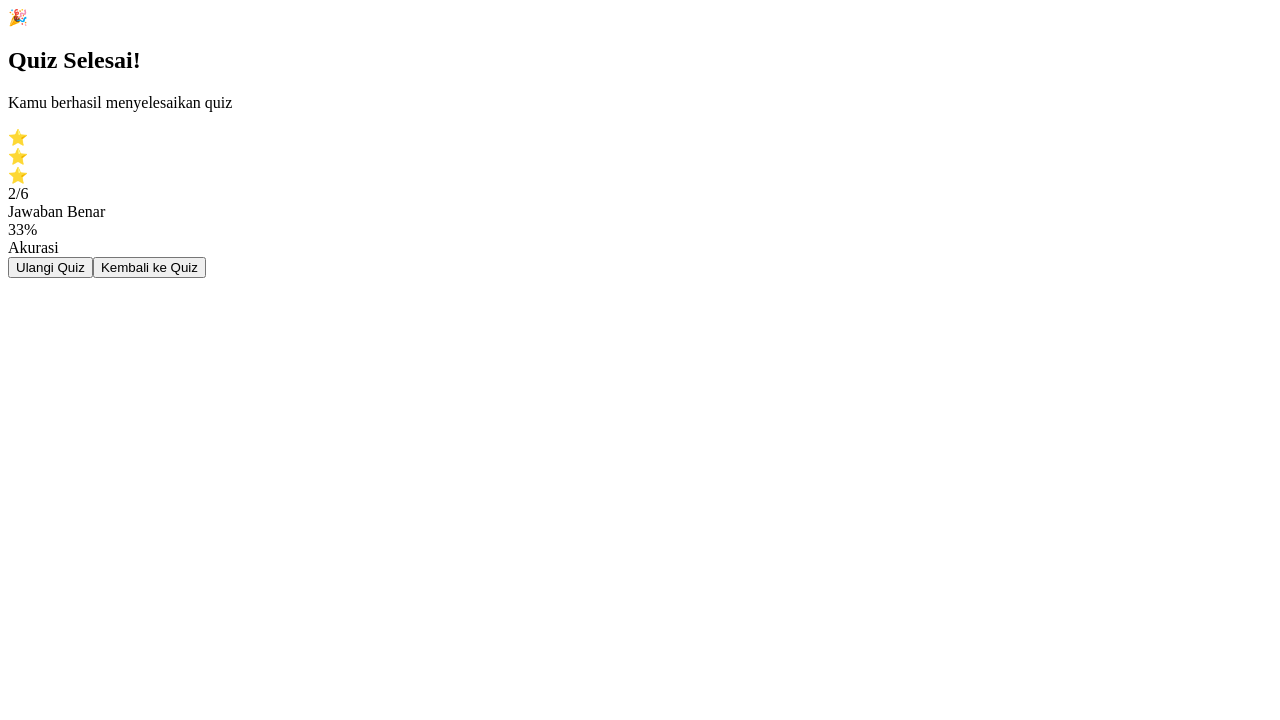
Repository: Tisna7/GESTURA
Page: http://localhost/latihan-isi-4
These files come from the project's save history. The page is drawn as it stood at one moment and after the next save; the edit follows.
The browser window is 1280 px wide. The pictures show the whole page.
Pictures or frames that could not be fetched are drawn as grey boxes. The page is served by the project's Laravel application, run on PHP 8.4 with Laravel 12. A made-up administrator, Test User (test@example.com), is signed in. Other server files are loaded and not shown. Style sheets and scripts are compiled from the project's sources, by tool versions that may differ from the author's.

Above is the page before, as saved 2025-11-23 21:50:52.

### app/Providers/AppServiceProvider.php
<?php

namespace App\Providers;

use Illuminate\Support\ServiceProvider;

class AppServiceProvider extends ServiceProvider
{
    /**
     * Register any application services.
     */
    public function register(): void
    {

    }

    /**
     * Bootstrap any application services.
     */
    public function boot(): void
    {

    }
}

### routes/web.php
<?php

use Illuminate\Support\Facades\Route;
use App\Http\Controllers\AuthController;
use App\Http\Controllers\ProfileController;

Route::get('/', function () {
    return view('landingpage');
});

Route::get('/auth', [AuthController::class, 'showPage'])->name('auth.page');

// Route::post('/register', [AuthController::class, 'register'])->name('register');

// Route::post('/login', [AuthController::class, 'login'])->name('login');
// Route::post('/logout', [AuthController::class, 'logout'])->name('logout');


// REGISTER
Route::post('/register', [AuthController::class, 'register'])->name('auth.register');

// LOGIN
Route::post('/login', [AuthController::class, 'login'])->name('auth.login');

// LOGIN GUEST
Route::get('/login/guest', [AuthController::class, 'loginGuest'])->name('auth.guest');

// LOGOUT
Route::get('/logout', [AuthController::class, 'logout'])->name('auth.logout');


Route::get('/profile/edit', [ProfileController::class, 'edit'])->name('profile.edit');
Route::put('/profile/update', [ProfileController::class, 'update'])->name('profile.update');


Route::get('/profile', function () {
    return view('user.profile');
});
Route::get('/materi', function () {
    return view('user.materi');
});
Route::get('/gesturelab', function () {
    return view('user.gesture-lab-practice');
});
Route::get('/gesture-lab-translate', function () {
    return view('user.gesture-lab-translate');
});
Route::get('/materi-isi', function () {
    return view('user.materi-isi');
});
Route::get('/latihan', function () {
    return view('user.quiz');
});
Route::get('/latihan-isi-1', function () {
    return view('user.quiz-isi-1');
});
Route::get('/latihan-isi-2', function () {
    return view('user.quiz-isi-2');
});
Route::get('/latihan-isi-3', function () {
    return view('user.quiz-isi-3');
});
Route::get('/latihan-isi-4', function () {
    return view('user.quiz-isi-4');
});
Route::get('/Challenge', function () {
    return view('user.challenge');
});
Route::get('/Challenge-isi', function () {
    return view('user.challenge-isi');
});

### resources/views/user/quiz-isi-4.blade.php




<main class="flex-1 p-6">
    <div
        class="rounded-lg border text-card-foreground shadow-sm p-12 bg-card border-border/50 text-center max-w-2xl mx-auto">
        <div class="space-y-6">
            <div class="inline-block p-6 rounded-full bg-primary/10">
                <div class="text-6xl">🎉</div>
            </div>
            <div>
                <h2 class="text-4xl font-bold mb-2">Quiz Selesai!</h2>
                <p class="text-muted-foreground text-lg">Kamu berhasil menyelesaikan quiz</p>
            </div>
            <div class="flex items-center justify-center gap-1">
                <div class="text-4xl opacity-100">⭐</div>
                <div class="text-4xl opacity-20">⭐</div>
                <div class="text-4xl opacity-20">⭐</div>
            </div>
            <div class="rounded-lg border text-card-foreground shadow-sm p-6 bg-muted/50 border-border/30">
                <div class="grid grid-cols-2 gap-6">
                    <div>
                        <div class="text-3xl font-bold text-primary">2/6</div>
                        <div class="text-sm text-muted-foreground">Jawaban Benar</div>
                    </div>
                    <div>
                        <div class="text-3xl font-bold">33%</div>
                        <div class="text-sm text-muted-foreground">Akurasi</div>
                    </div>
                </div>
            </div>
            <div class="flex gap-4"><button
                    class="inline-flex items-center justify-center gap-2 whitespace-nowrap text-sm font-medium ring-offset-background transition-colors focus-visible:outline-none focus-visible:ring-2 focus-visible:ring-ring focus-visible:ring-offset-2 disabled:pointer-events-none disabled:opacity-50 [&amp;_svg]:pointer-events-none [&amp;_svg]:size-4 [&amp;_svg]:shrink-0 border border-input bg-background hover:bg-accent hover:text-accent-foreground h-11 rounded-md px-8 flex-1">Ulangi
                    Quiz</button><button
                    class="inline-flex items-center justify-center gap-2 whitespace-nowrap text-sm font-medium ring-offset-background transition-colors focus-visible:outline-none focus-visible:ring-2 focus-visible:ring-ring focus-visible:ring-offset-2 disabled:pointer-events-none disabled:opacity-50 [&amp;_svg]:pointer-events-none [&amp;_svg]:size-4 [&amp;_svg]:shrink-0 bg-primary text-primary-foreground hover:bg-primary/90 h-11 rounded-md px-8 flex-1 hover-glow">Kembali
                    ke Quiz</button></div>
        </div>
    </div>
</main>

### resources/views/components/sidebar-user.blade.php
@php
    use Illuminate\Support\Facades\Auth;
@endphp



<aside
    class="fixed top-0 left-0 h-full bg-sidebar border-r border-sidebar-border shadow-medium z-40 transition-transform duration-300 -translate-x-full lg:translate-x-0 w-64">
    <div class="flex flex-col h-full">

        {{-- LOGO --}}
        <div class="lg:flex items-center gap-2 p-6 border-b border-sidebar-border">
            <div class="w-10 h-10 rounded-full bg-gradient-hero flex items-center justify-center shadow-soft">
                <img src="{{ asset('image/logo.png') }}" alt="MindCare Logo" class="w-8 h-8">
            </div>
            <div>
                <span class="text-xl font-bold bg-gradient-to-r from-primary to-accent bg-clip-text  block">
                    GESTURA
                </span>
            </div>
        </div>

        {{-- MENU --}}
        <nav class="flex-1 p-4 space-y-2 overflow-y-auto mt-10 lg:mt-0 ">

            {{-- Latihan --}}
            <a class="{{ request()->is('latihan') ? 'bg-sidebar-accent text-sidebar-accent-foreground font-medium shadow-soft'
                : 'text-sidebar-foreground hover:bg-sidebar-accent/50' }}
                flex items-center gap-3 px-4 py-3 rounded-xl transition-smooth"
                href="/latihan">

                <svg xmlns="http://www.w3.org/2000/svg" viewBox="0 0 24 24"
                    fill="none" stroke="currentColor" stroke-width="2"
                    stroke-linecap="round" stroke-linejoin="round"
                    class="lucide lucide-layout-dashboard w-4 h-4">
                    <rect width="7" height="9" x="3" y="3" rx="1"></rect>
                    <rect width="7" height="5" x="14" y="3" rx="1"></rect>
                    <rect width="7" height="9" x="14" y="12" rx="1"></rect>
                    <rect width="7" height="5" x="3" y="16" rx="1"></rect>
                </svg>

                <span>Latihan</span>
            </a>

            {{-- Materi --}}
            <a class="{{ request()->is('materi') ? 'bg-sidebar-accent text-sidebar-accent-foreground font-medium shadow-soft'
                : 'text-sidebar-foreground hover:bg-sidebar-accent/50' }}
                flex items-center gap-3 px-4 py-3 rounded-xl transition-smooth"
                href="/materi">

                <svg xmlns="http://www.w3.org/2000/svg" viewBox="0 0 24 24"
                    fill="none" stroke="currentColor" stroke-width="2"
                    stroke-linecap="round" stroke-linejoin="round"
                    class="lucide lucide-book-open w-4 h-4">
                    <path d="M12 7v14"></path>
                    <path
                        d="M3 18a1 1 0 0 1-1-1V4a1 1 0 0 1 1-1h5a4 4 0 0 1 4 4 4 4 0 0 1 4-4h5a1 1 0 0 1 1 1v13a1 1 0 0 1-1 1h-6a3 3 0 0 0-3 3 3 3 0 0 0-3-3z">
                    </path>
                </svg>

                <span>Materi</span>
            </a>

            {{-- Challenge --}}
            <a class="{{ request()->is('Challenge') ? 'bg-sidebar-accent text-sidebar-accent-foreground font-medium shadow-soft'
                : 'text-sidebar-foreground hover:bg-sidebar-accent/50' }}
                flex items-center gap-3 px-4 py-3 rounded-xl transition-smooth"
                href="/Challenge">

                <svg xmlns="http://www.w3.org/2000/svg" viewBox="0 0 24 24"
                    fill="none" stroke="currentColor" stroke-width="2"
                    stroke-linecap="round" stroke-linejoin="round"
                    class="lucide lucide-target w-4 h-4">
                    <circle cx="12" cy="12" r="10"></circle>
                    <circle cx="12" cy="12" r="6"></circle>
                    <circle cx="12" cy="12" r="2"></circle>
                </svg>

                <span>Challenge</span>
            </a>

            {{-- Gesture Lab --}}
            <a class="{{ request()->is('gesturelab') ? 'bg-sidebar-accent text-sidebar-accent-foreground font-medium shadow-soft'
                : 'text-sidebar-foreground hover:bg-sidebar-accent/50' }}
                flex items-center gap-3 px-4 py-3 rounded-xl transition-smooth"
                href="/gesturelab">

                <svg xmlns="http://www.w3.org/2000/svg" viewBox="0 0 24 24"
                    fill="none" stroke="currentColor" stroke-width="2"
                    stroke-linecap="round" stroke-linejoin="round"
                    class="lucide lucide-brain w-4 h-4">

                    <path d="M12 5a3 3 0 1 0-5.997.125 4 4 0 0 0-2.526 5.77 4 4 0 0 0 .556 6.588A4 4 0 1 0 12 18Z"></path>
                    <path d="M12 5a3 3 0 1 1 5.997.125 4 4 0 0 1 2.526 5.77 4 4 0 0 1-.556 6.588A4 4 0 1 1 12 18Z"></path>
                    <path d="M15 13a4.5 4.5 0 0 1-3-4 4.5 4.5 0 0 1-3 4"></path>

                </svg>

                <span>Gesture Lab</span>
            </a>
        </nav>

        {{-- BOTTOM SECTION --}}
        <div class="p-4 border-t border-sidebar-border space-y-3">

            {{-- User Button --}}
            <button
                class="w-full flex items-center gap-3 px-3 py-2 rounded-xl hover:bg-sidebar-accent transition-smooth"
                type="button">
                <span class="relative flex items-center justify-center shrink-0 overflow-hidden rounded-full w-10 h-10 bg-primary"><img class="h-full w-full object-cover"
        src="https://api.dicebear.com/7.x/avataaars/svg?seed={{ Auth::user()->profile_image }}"></span>
                <div class="flex-1 text-left">
                    <p class="text-sm font-medium text-sidebar-foreground">{{ Auth::user()->name }}</p>
                    <p class="text-xs text-muted-foreground">{{ Auth::user()->email }}</p>
                </div>
            </button>

            {{-- Mode Gelap --}}
            <button
                class="inline-flex items-center whitespace-nowrap rounded-md text-sm font-medium border border-input bg-background hover:bg-accent hover:text-accent-foreground h-10 px-4 py-2 w-full justify-start gap-3 hover:bg-accent transition-smooth">
                <svg xmlns="http://www.w3.org/2000/svg" viewBox="0 0 24 24"
                    fill="none" stroke="currentColor" stroke-width="2"
                    stroke-linecap="round" stroke-linejoin="round"
                    class="lucide lucide-moon w-4 h-4">
                    <path d="M12 3a6 6 0 0 0 9 9 9 9 0 1 1-9-9Z"></path>
                </svg>
                <span>Mode Gelap</span>
            </button>

            {{-- Logout --}}
            <form action="" method="POST">
                @csrf
                <button type="submit"
                    class="inline-flex items-center whitespace-nowrap rounded-md text-sm font-medium border border-input bg-background hover:bg-accent hover:text-accent-foreground h-10 px-4 py-2 w-full justify-start gap-3">

                    <svg xmlns="http://www.w3.org/2000/svg" viewBox="0 0 24 24"
                        fill="none" stroke="currentColor" stroke-width="2"
                        stroke-linecap="round" stroke-linejoin="round"
                        class="lucide lucide-log-out w-4 h-4">
                        <path d="M9 21H5a2 2 0 0 1-2-2V5a2 2 0 0 1 2-2h4"></path>
                        <polyline points="16 17 21 12 16 7"></polyline>
                        <line x1="21" x2="9" y1="12" y2="12"></line>
                    </svg>

                    <span>Logout</span>
                </button>
            </form>

        </div>
    </div>
</aside>




<script>
    const html = document.documentElement;
    const toggleDark = document.querySelector('.hover\\:bg-accent'); // tombol "Mode Gelap"
    const icon = toggleDark.querySelector('svg');
    const label = toggleDark.querySelector('span');

    // Cek tema yang tersimpan
    const storedTheme = localStorage.getItem("theme");
    const systemPrefersDark = window.matchMedia("(prefers-color-scheme: dark)").matches;

    // Fungsi ubah tema
    function setTheme(dark) {
        if (dark) {
            html.classList.add("dark");
            localStorage.setItem("theme", "dark");
            label.textContent = "Mode Terang";
            icon.outerHTML = `
        <svg xmlns="http://www.w3.org/2000/svg" width="24" height="24"
          viewBox="0 0 24 24" fill="none" stroke="currentColor"
          stroke-width="2" stroke-linecap="round" stroke-linejoin="round"
          class="lucide lucide-sun w-5 h-5">
          <circle cx="12" cy="12" r="4"></circle>
          <path d="M12 2v2"></path>
          <path d="M12 20v2"></path>
          <path d="m4.93 4.93 1.41 1.41"></path>
          <path d="m17.66 17.66 1.41 1.41"></path>
          <path d="M2 12h2"></path>
          <path d="M20 12h2"></path>
          <path d="m6.34 17.66-1.41 1.41"></path>
          <path d="m19.07 4.93-1.41 1.41"></path>
        </svg>`;
        } else {
            html.classList.remove("dark");
            localStorage.setItem("theme", "light");
            label.textContent = "Mode Gelap";
            icon.outerHTML = `
        <svg xmlns="http://www.w3.org/2000/svg" width="24" height="24"
          viewBox="0 0 24 24" fill="none" stroke="currentColor"
          stroke-width="2" stroke-linecap="round" stroke-linejoin="round"
          class="lucide lucide-moon w-5 h-5">
          <path d="M12 3a6 6 0 0 0 9 9 9 9 0 1 1-9-9Z"></path>
        </svg>`;
        }
    }

    // Terapkan tema saat load pertama
    setTheme(storedTheme === "dark" || (!storedTheme && systemPrefersDark));

    // Tambahkan event listener untuk toggle
    toggleDark.addEventListener("click", () => {
        setTheme(!html.classList.contains("dark"));
    });
</script>

### resources/views/app.blade.php
<!DOCTYPE html>
<html lang="id">
<head>
  <meta charset="UTF-8">
  <meta name="viewport" content="width=device-width, initial-scale=1.0">
  <meta name="csrf-token" content="{{ csrf_token() }}">
  <link rel="icon" type="image/png" href="{{ asset('images/logo.png') }}">
  <title>@yield('title', 'GESTURA')</title>

  <!-- Tailwind CSS -->
  {{-- @vite('public/build/app-Lz3KVd0D.css') --}}
  {{-- <!-- @vite('resources/css/app.css') --> --}}
   {{-- <!-- @vite('public/build/assets/app-TBPMHXQo.css') --> --}}

  @vite(['resources/css/app.css', 'resources/css/theme.css'])

  <script defer src="https://cdn.jsdelivr.net/npm/alpinejs@3.x.x/dist/cdn.min.js"></script>

</head>
<body>
  @yield('content')
</body>
</html>

### resources/css/app.css
@import 'tailwindcss';
@import "./theme.css";

@source '../../vendor/laravel/framework/src/Illuminate/Pagination/resources/views/*.blade.php';
@source '../../storage/framework/views/*.php';
@source '../**/*.blade.php';
@source '../**/*.js';

@theme {
    --font-sans: 'Instrument Sans', ui-sans-serif, system-ui, sans-serif, 'Apple Color Emoji', 'Segoe UI Emoji',
        'Segoe UI Symbol', 'Noto Color Emoji';

    --color-background: #ffabcc;
}

Loaded but not shown: app/Models/User.php (common file); resources/css/theme.css (library)

After the next save:
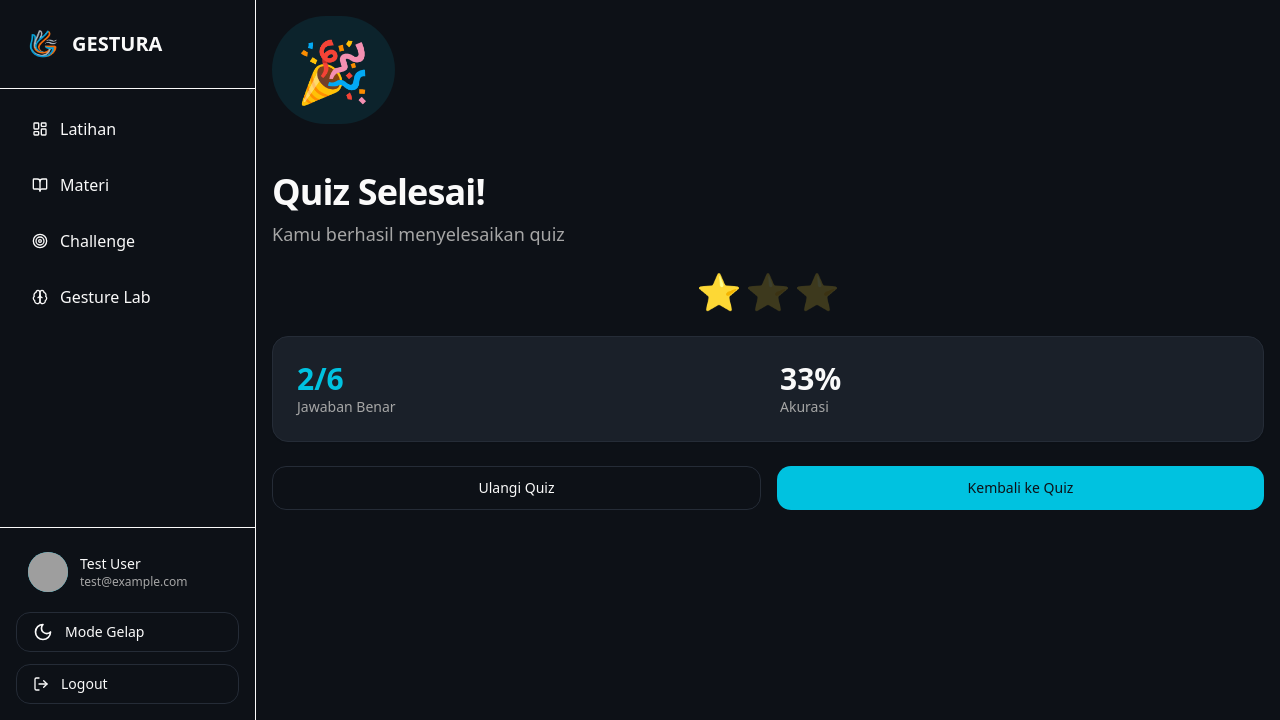
Saved 10 s later.
--- a/resources/views/user/quiz-isi-4.blade.php
+++ b/resources/views/user/quiz-isi-4.blade.php
@@ -1,10 +1,11 @@
+@extends('app')
+@section('title', 'Dashboard')
 
+@section('content')
+    <x-sidebar-user></x-sidebar-user>
 
-
-
-<main class="flex-1 p-6">
-    <div
-        class="rounded-lg border text-card-foreground shadow-sm p-12 bg-card border-border/50 text-center max-w-2xl mx-auto">
+    <main class="lg:ml-64 min-h-screen pt-16 lg:pt-0">
+        <div class="p-4 md:p-8">
         <div class="space-y-6">
             <div class="inline-block p-6 rounded-full bg-primary/10">
                 <div class="text-6xl">🎉</div>

After the save that followed:
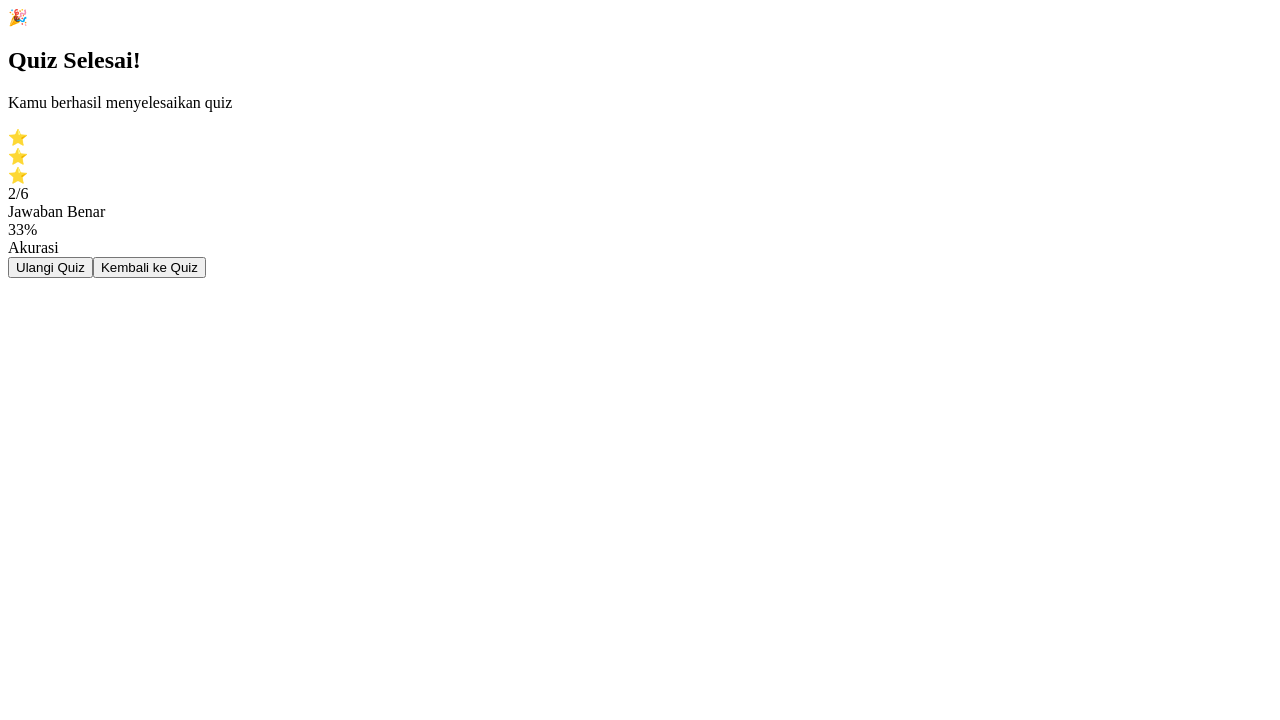
Saved 10 s later.
--- a/resources/views/user/quiz-isi-4.blade.php
+++ b/resources/views/user/quiz-isi-4.blade.php
@@ -1,11 +1,10 @@
-@extends('app')
-@section('title', 'Dashboard')
 
-@section('content')
-    <x-sidebar-user></x-sidebar-user>
 
-    <main class="lg:ml-64 min-h-screen pt-16 lg:pt-0">
-        <div class="p-4 md:p-8">
+
+
+<main class="flex-1 p-6">
+    <div
+        class="rounded-lg border text-card-foreground shadow-sm p-12 bg-card border-border/50 text-center max-w-2xl mx-auto">
         <div class="space-y-6">
             <div class="inline-block p-6 rounded-full bg-primary/10">
                 <div class="text-6xl">🎉</div>
